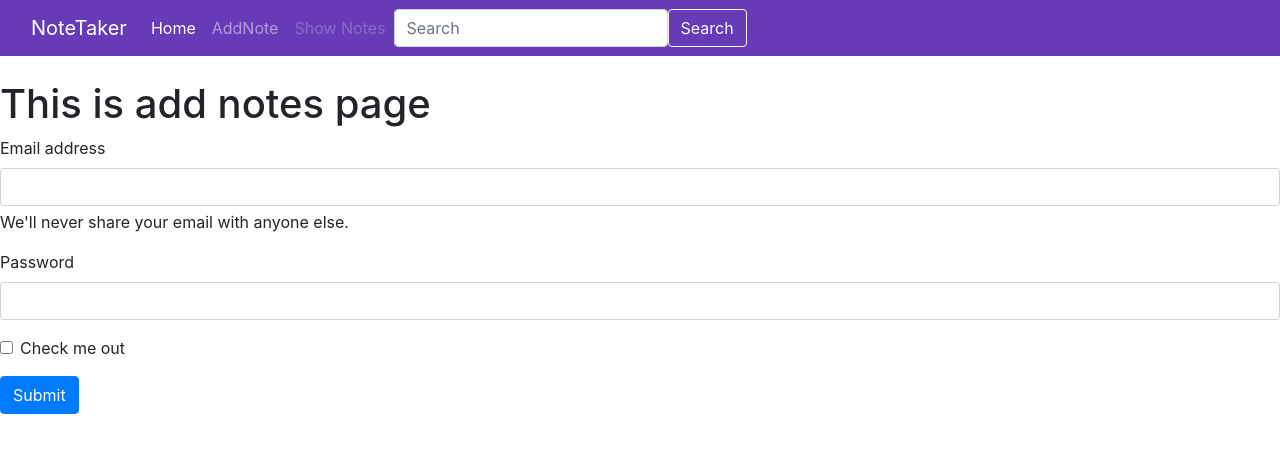
Repository: Mayank-SDE/Projects
Page: http://localhost/NoteTakerTodoApp/add_notes.jsp
The author's editor kept a copy of each file at every save. The page is drawn from the files as they stood at one save, then again after the next save.
The browser window is 1280 px wide. The pictures show the whole page.
Some web libraries are served in a nearby version. The page is served by Tomcat 9. Other server files are loaded and not shown.

Above is the page before, as saved 2022-02-10 15:43:10.

### NoteTaker/NoteTakerTodoApp/src/main/webapp/add_notes.jsp
<%@ page language="java" contentType="text/html; charset=UTF-8"
    pageEncoding="UTF-8"%>
<!DOCTYPE html>
<html>
<head>
  <!-- Required meta tags -->
    <meta charset="utf-8">
    <meta name="viewport" content="width=device-width, initial-scale=1, shrink-to-fit=no">

   <title>Add Notes</title>
 <%@ include file="all_js_css.jsp"%>

</head>
<body>


   <div class="container-fluid p-0 m-0">

   <%@ include file="navbar.jsp"%>

     <br>
     <h1>This is add notes page</h1>

     <!-- this is add form -->
<form>
  <div class="mb-3">
    <label for="exampleInputEmail1" class="form-label">Email address</label>
    <input type="email" class="form-control" id="exampleInputEmail1" aria-describedby="emailHelp">
    <div id="emailHelp" class="form-text">We'll never share your email with anyone else.</div>
  </div>
  <div class="mb-3">
    <label for="exampleInputPassword1" class="form-label">Password</label>
    <input type="password" class="form-control" id="exampleInputPassword1">
  </div>
  <div class="mb-3 form-check">
    <input type="checkbox" class="form-check-input" id="exampleCheck1">
    <label class="form-check-label" for="exampleCheck1">Check me out</label>
  </div>
  <button type="submit" class="btn btn-primary">Submit</button>
</form>
   </div>
</body>
</html>

### NoteTaker/NoteTakerTodoApp/src/main/webapp/all_js_css.jsp
  <!-- Required meta tags -->
    <meta charset="utf-8">
    <meta name="viewport" content="width=device-width, initial-scale=1, shrink-to-fit=no">

    <!-- Bootstrap CSS -->
    <link rel="stylesheet" href="https://maxcdn.bootstrapcdn.com/bootstrap/4.0.0/css/bootstrap.min.css" integrity="sha384-Gn5384xqQ1aoWXA+058RXPxPg6fy4IWvTNh0E263XmFcJlSAwiGgFAW/dAiS6JXm" crossorigin="anonymous">

<link href="css/style.css" rel="stylesheet">
        <!-- Optional JavaScript -->
    <!-- jQuery first, then Popper.js, then Bootstrap JS -->
    <script src="https://code.jquery.com/jquery-3.2.1.slim.min.js" integrity="sha384-KJ3o2DKtIkvYIK3UENzmM7KCkRr/rE9/Qpg6aAZGJwFDMVNA/GpGFF93hXpG5KkN" crossorigin="anonymous"></script>
    <script src="https://cdnjs.cloudflare.com/ajax/libs/popper.js/1.12.9/umd/popper.min.js" integrity="sha384-ApNbgh9B+Y1QKtv3Rn7W3mgPxhU9K/ScQsAP7hUibX39j7fakFPskvXusvfa0b4Q" crossorigin="anonymous"></script>
    <script src="https://maxcdn.bootstrapcdn.com/bootstrap/4.0.0/js/bootstrap.min.js" integrity="sha384-JZR6Spejh4U02d8jOt6vLEHfe/JQGiRRSQQxSfFWpi1MquVdAyjUar5+76PVCmYl" crossorigin="anonymous"></script>

### NoteTaker/NoteTakerTodoApp/src/main/webapp/navbar.jsp
<nav class="navbar navbar-expand-lg navbar-dark  purple">
  <div class="container-fluid">
    <a class="navbar-brand" href="index.jsp">NoteTaker</a>
    <button class="navbar-toggler" type="button" data-bs-toggle="collapse" data-bs-target="#navbarSupportedContent" aria-controls="navbarSupportedContent" aria-expanded="false" aria-label="Toggle navigation">
      <span class="navbar-toggler-icon"></span>
    </button>
    <div class="collapse navbar-collapse" id="navbarSupportedContent">
      <ul class="navbar-nav me-auto mb-2 mb-lg-0">
        <li class="nav-item">
          <a class="nav-link active" aria-current="page" href="index.jsp">Home</a>
        </li>
        <li class="nav-item">
          <a class="nav-link" href="add_notes.jsp">AddNote</a>
        </li>

        <li class="nav-item">
          <a class="nav-link disabled" href="#" tabindex="-1" aria-disabled="true">Show Notes</a>
        </li>
      </ul>
      <form class="d-flex">
        <input class="form-control me-2" type="search" placeholder="Search" aria-label="Search">
        <button class="btn btn-outline-light" type="submit">Search</button>
      </form>
    </div>
  </div>
</nav>

### NoteTaker/NoteTakerTodoApp/src/main/webapp/css/style.css

.purple
{
	background:#673ab7;
}

After the next save:
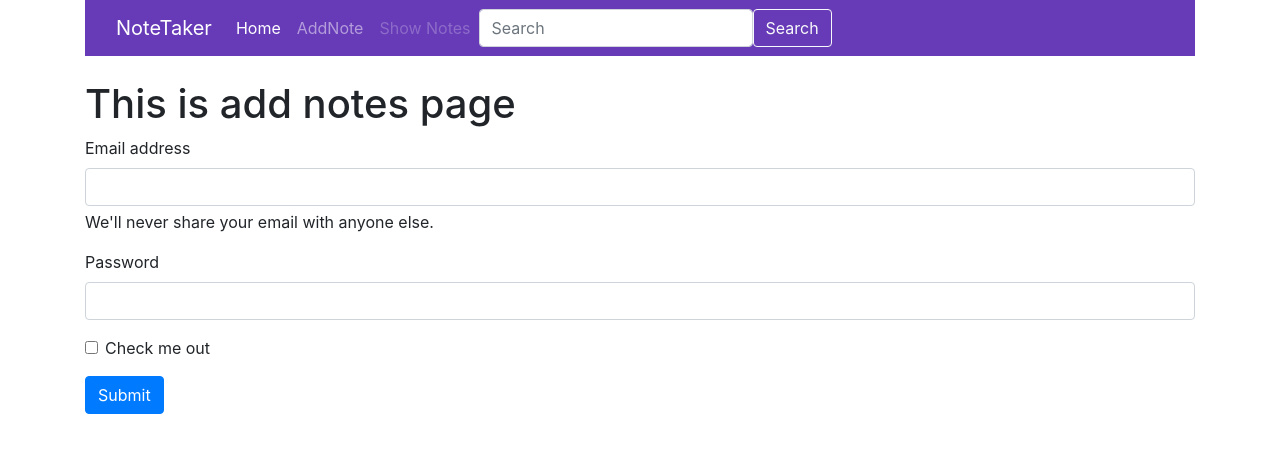
Saved 21 s later.
--- a/NoteTaker/NoteTakerTodoApp/src/main/webapp/add_notes.jsp
+++ b/NoteTaker/NoteTakerTodoApp/src/main/webapp/add_notes.jsp
@@ -14,7 +14,7 @@
 <body>
 
 
-   <div class="container-fluid p-0 m-0">
+   <div class="container">
 
    <%@ include file="navbar.jsp"%>
 
